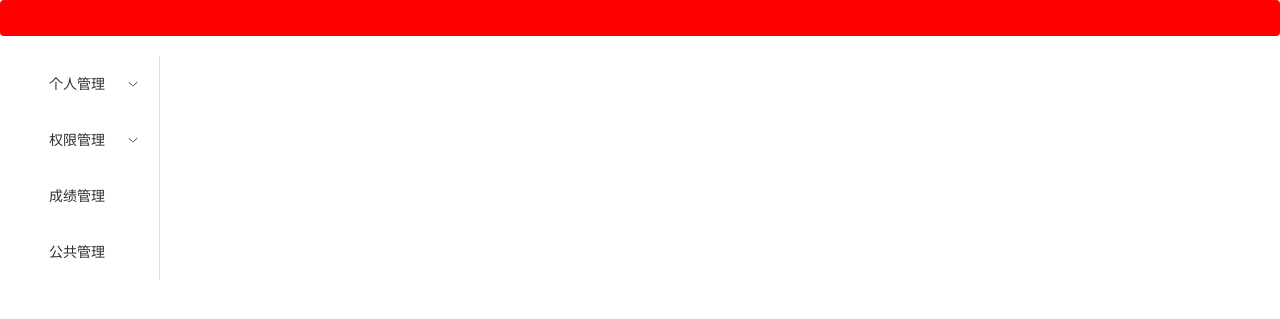
Repository: songlin-q/EducationalAdministrationSysTem
Page: /MainInfo (app in EducationalAdministrationSystemUI/educationsystem/)
The author's editor kept a copy of each file at every save. The page is drawn from the files as they stood at one save, then again after a run of saves.
The browser window is 1280 px wide. The pictures show the whole page.
The project was rebuilt for these pictures with package versions that can differ from the ones it lists, and the page was loaded fresh each time. Also part of the build but not shown: EducationalAdministrationSystemUI/educationsystem/vue.config.js, EducationalAdministrationSystemUI/educationsystem/src/components/HelloWorld.vue, EducationalAdministrationSystemUI/educationsystem/src/components/Identity/IdentityCode.vue, EducationalAdministrationSystemUI/educationsystem/src/components/Identity/IdentityCode2.vue, EducationalAdministrationSystemUI/educationsystem/src/components/MainOne.vue.

Above is the page before, as saved 2022-05-24 11:48:19.

After the next 3 saves:
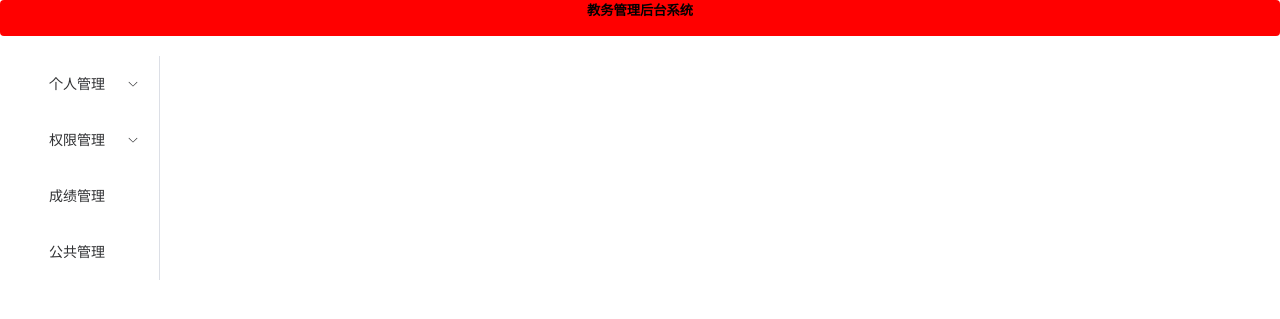
The 3 saves are shown as one change because they came seconds apart.
The last was saved 10 s later.
--- a/EducationalAdministrationSystemUI/educationsystem/src/components/MainInfo.vue
+++ b/EducationalAdministrationSystemUI/educationsystem/src/components/MainInfo.vue
@@ -1,12 +1,13 @@
 <template>
   <el-row>
     <el-col :span="24"
-      ><div class="grid-content bg-purple-dark" style="background-color: red"
-    /></el-col>
+      ><div class="grid-content bg-purple-dark" style="background-color: red">
+        <h5 class="mb-2">教务管理后台系统</h5>
+      </div></el-col
+    >
   </el-row>
   <el-row class="tac">
     <el-col :span="3">
-
       <el-menu
         default-active="2"
         class="el-menu-vertical-demo"

After the save that followed:
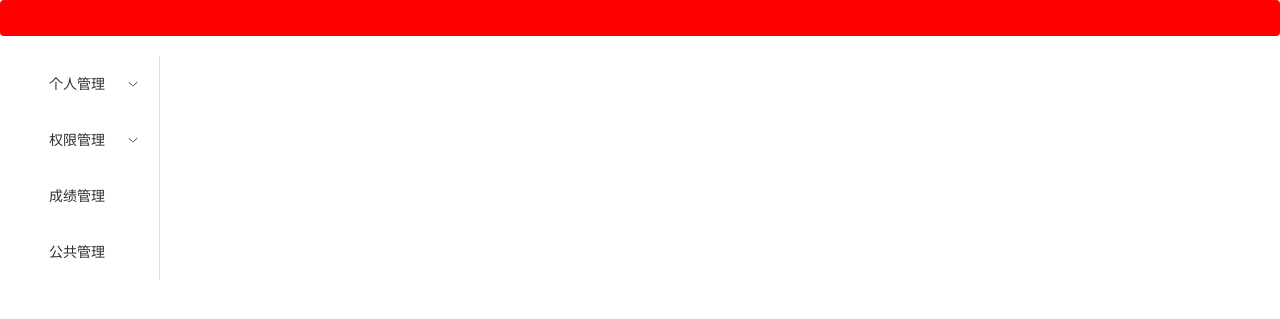
Saved 14 s later.
--- a/EducationalAdministrationSystemUI/educationsystem/src/components/MainInfo.vue
+++ b/EducationalAdministrationSystemUI/educationsystem/src/components/MainInfo.vue
@@ -1,10 +1,11 @@
 <template>
   <el-row>
     <el-col :span="24"
-      ><div class="grid-content bg-purple-dark" style="background-color: red">
-        <h5 class="mb-2">教务管理后台系统</h5>
-      </div></el-col
-    >
+      ><div
+        class="grid-content bg-purple-dark"
+        style="background-color: red"
+      ></div
+    ></el-col>
   </el-row>
   <el-row class="tac">
     <el-col :span="3">
